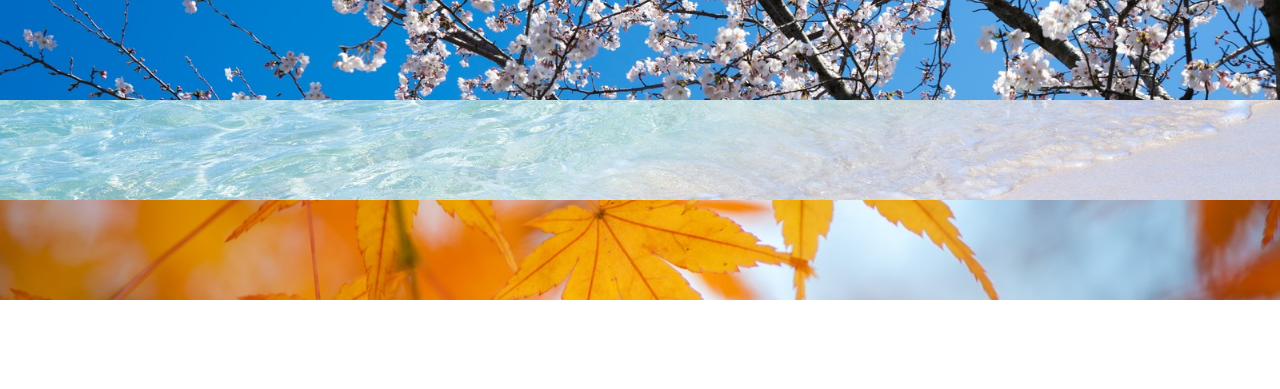
Repository: eyaonu/application2
Page: chapter6/answer6.html
The author's editor kept a record of every edit. The page is drawn from the files as they stood at one moment, then again after the next edit.
The browser window is 1280 px wide. The pictures show the whole page.

Above is the page before.

After the next edit:
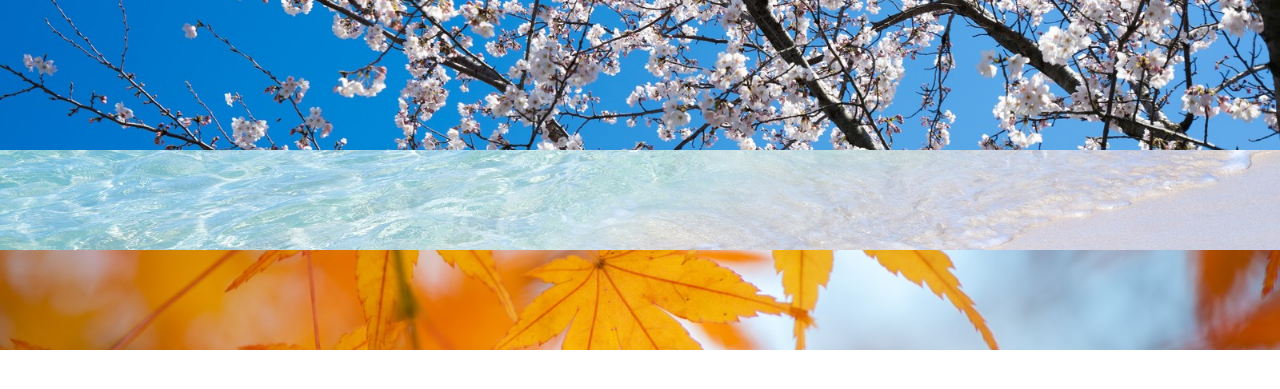
The edit:
--- a/chapter6/style6.css
+++ b/chapter6/style6.css
@@ -11,7 +11,7 @@
 
 header {
   width: 100%;
-  height: 100px;
+  height: 150px;
   background-image: url(img/box1.jpg);
   background-size: cover; /* 縦横比を維持したまま背景領域を埋め尽くす */
   background-position: center; /* 背景画像を中央に配置 */
